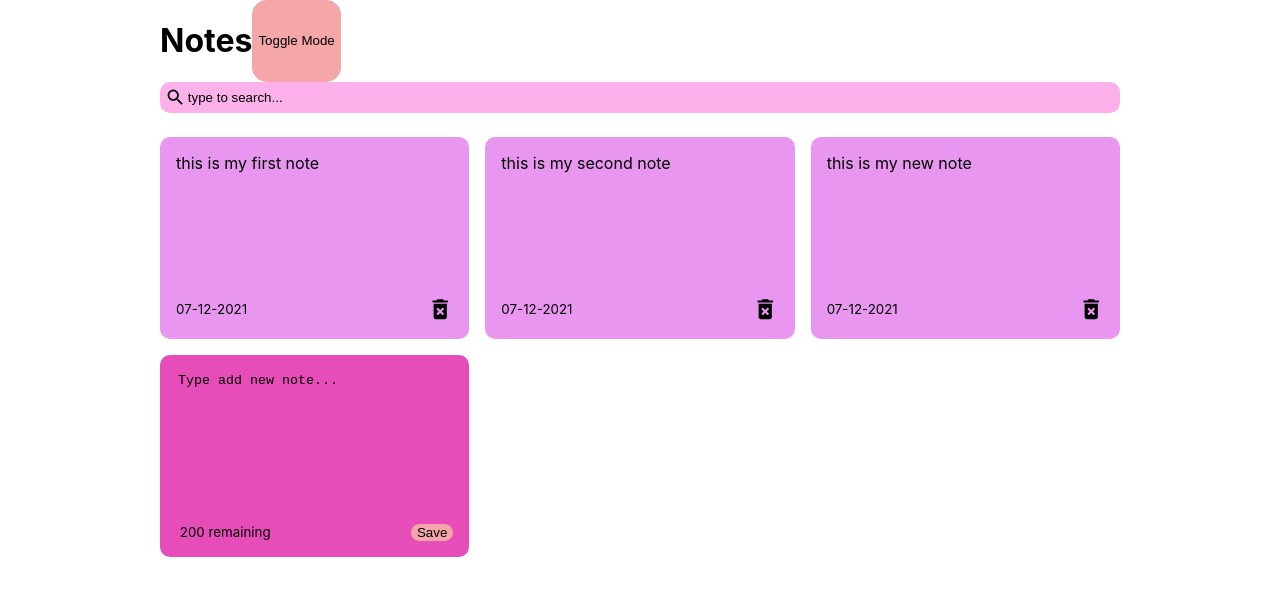
Repository: DeraBola/react-notes-app
Page: /
These files come from the project's save history. The page is drawn as it stood at one moment and after the next save; the edit follows.
The browser window is 1280 px wide. The pictures show the whole page.
The project was rebuilt for these pictures with package versions that can differ from the ones it lists, and the page was loaded fresh each time.

Above is the page before, as saved 2022-08-02 15:44:40.

After the next save:
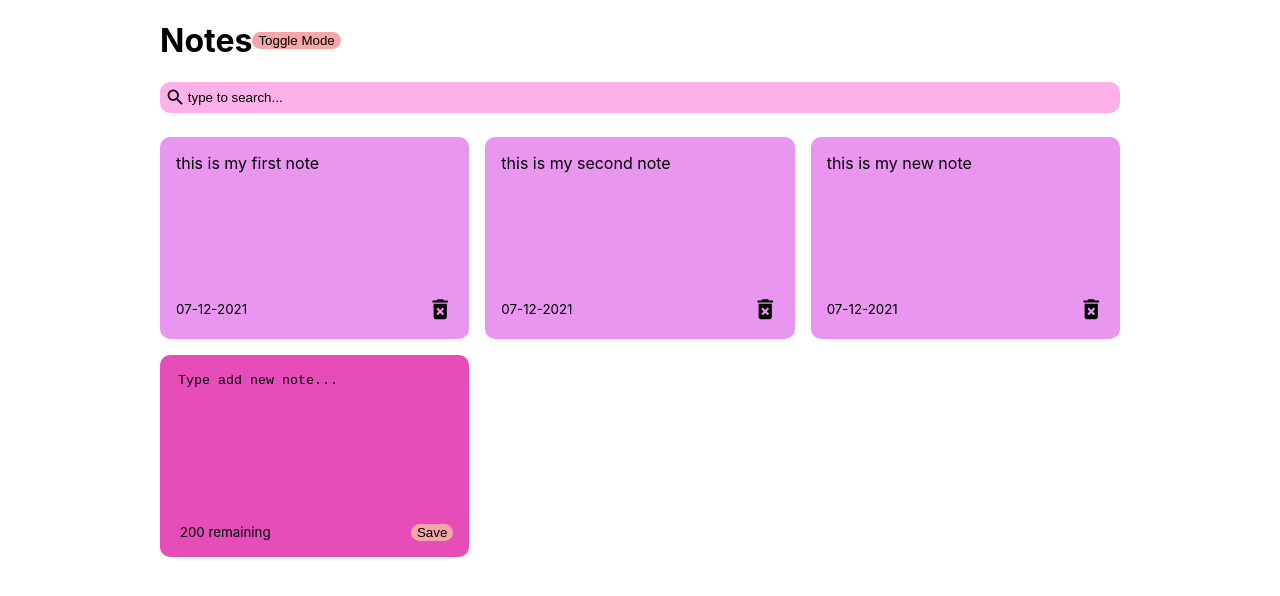
Saved 13 s later.
--- a/src/index.css
+++ b/src/index.css
@@ -94,5 +94,5 @@ textarea:focus {
 
 .header {
     display: flex;
-    align-items: c;
+    align-items: center;
 }
